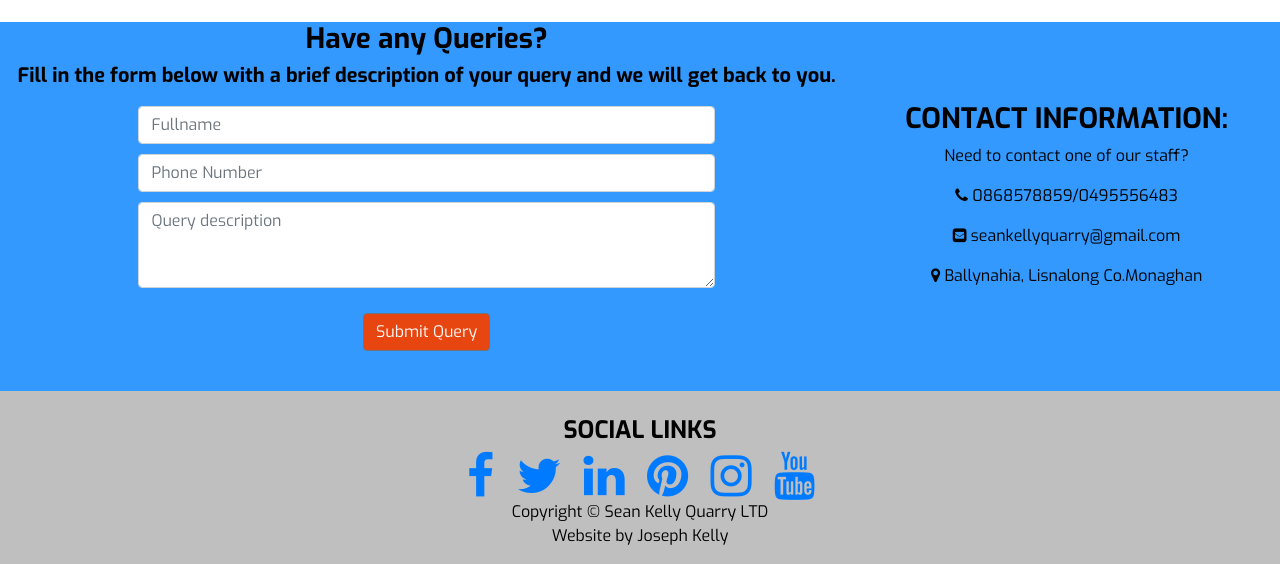
Repository: Code-Institute-Submissions/Sean-Kelly-Quarry
Page: contact.html
The author's editor kept a record of every edit. The page is drawn from the files as they stood at one moment, then again after the next edit.
The browser window is 1280 px wide. The pictures show the part of the page from y = 575 to 1139 px (the page is 1139 px tall).

Above is the page before.

### contact.html
<!DOCTYPE html>
<html lang="en">
<head>
    <meta charset="UTF-8">
    <meta name="viewport" content="width=device-width, initial-scale=1.0">
    <meta http-equiv="X-UA-Compatible" content="ie=edge">
    <link rel="stylesheet" href="https://stackpath.bootstrapcdn.com/bootstrap/4.4.1/css/bootstrap.min.css" type="text/css" />
    <link rel="stylesheet" href="https://stackpath.bootstrapcdn.com/font-awesome/4.7.0/css/font-awesome.min.css" type="text/css" />
    <link rel="stylesheet" href="assets/css/style.css" type="text/css" />
    <title>Sean Kelly Quarry</title>
</head>
<body>
    <header>                    <!-- inspired by love running mini project-->
        <a href="index.html">
            <h1 id="logo">Sean Kelly Quarry ltd</h1>
        </a>
        <section class="container-fluid">
            <nav>
                <ul id="menu">
                    <li>
                        <a class="active" href="contact.html">Contact</a>
                    </li>
                    <li>
                        <a href="product-list.html">Product List</a>
                    </li>
                    <li>
                        <a href="about.html">About Us</a>
                    </li>
                    <li>
                        <a href="index.html">Home</a>
                    </li>
                </ul>
            </nav>
        </section>
    </header>
         <section class="container-fluid">
             <div class="row mapouter">
                 <div class="col-sm gmap_canvas">
                     <iframe width="100%" height="400" id="gmap_canvas" src="https://maps.google.com/maps?q=h16%20vn88&t=&z=13&ie=UTF8&iwloc=&output=embed"></iframe>
                 </div>
             </div>
         </section>
         <section class="container-fluid">
             <div class="row contact-section">
                 <div class="col-sm-8">
                     <h3>Have any Queries?</h3>
                     <h5>Fill in the form below with a brief description of your query and we will get back to you.</h5>
                     <form class="form">
                           <input type="text" name="name" id="name" class="form-control input" placeholder="Fullname" required/>
                           <input type="number" name="number" id="phonenumber" class="form-control input" placeholder="Phone Number" required/>
                           <textarea type="textarea" rows="3" name="query" id="query" class="form-control input" placeholder="Query description"></textarea>
                           <div class="form-row text-center">
                               <div class="col">
                                   <button type="submit" class="btn btn-secondary">Submit Query</button>
                               </div>
                           </div>
                      </form>
                 </div>
                 <div class="col-sm-4">
                    <h3 class="uppercase contact-info">Contact information:</h3>
                    <p class="inline-block">
                        Need to contact one of our staff?
                    </p>
                    <p><i class="fa fa-phone"></i>  0868578859/0495556483</p>
                    <p><i class="fa fa-envelope-square"></i>  seankellyquarry@gmail.com</p>
                    <p><i class="fa fa-map-marker"></i>   Ballynahia, Lisnalong Co.Monaghan</p>
                 </div>
             </div>
         </section>
    <footer class="container-fluid">                         <!-- inspired by UCD resume mini project-->
        <div id="footer-details" class="row">
            <div class="col-sm">
                <h4 class="uppercase footer-info">Social Links</h4>
                <ul class="list-inline social-links">
                    <li class="list-inline-item">
                        <a target="_blank" href="#">
                            <i class="fa fa-facebook fa-3x" aria-hidden="true"></i>
                            <span class="sr-only">Facebook</span>
                        </a>
                    </li>
                    <li class="list-inline-item">
                        <a target="_blank" href="#">
                            <i class="fa fa-twitter fa-3x" aria-hidden="true"></i>
                            <span class="sr-only">Twitter</span>
                        </a>
                    </li>
                    <li class="list-inline-item">
                        <a target="_blank" href="#">
                            <i class="fa fa-linkedin fa-3x" aria-hidden="true"></i>
                            <span class="sr-only">LinkedIn</span>
                        </a>
                    </li>
                    <li class="list-inline-item">
                        <a target="_blank" href="#">
                            <i class="fa fa-pinterest fa-3x" aria-hidden="true"></i>
                            <span class="sr-only">pinterest</span>
                        </a>
                    </li>
                    <li class="list-inline-item">
                        <a target="_blank" href="#">
                            <i class="fa fa-instagram fa-3x" aria-hidden="true"></i>
                            <span class="sr-only">Instagram</span>
                        </a>
                    </li>
                    <li class="list-inline-item">
                        <a target="_blank" href="#">
                            <i class="fa fa-youtube fa-3x" aria-hidden="true"></i>
                            <span class="sr-only">Youtube</span>
                        </a>
                    </li>
                    <p class="copyright">Copyright &#169; Sean Kelly Quarry LTD</p>
                    <p>Website by Joseph Kelly</p>
                </ul>
            </div>
        </div>
    </footer>                                    <!-- inspired by UCD resume mini project-->
</body>
</html>

### assets/css/style.css
@import url('https://fonts.googleapis.com/css?family=Exo:100,200,300,400,500,600,700|Roboto:100,200,300,400,500,600,700&display=swap');

*{
    margin: 0;
    padding: 0;
    border: 0;
}

/* ---------------------------------------------header*/

body {
    font-family: "Exo";
    color: #777777;
}


#menu a:hover {
    border-bottom: 1px solid #777777;
}

.active {
    border-bottom: 1px solid #777777;
}

/* ---------------------------------------------hero image*/

@keyframes slideshow {
	10% {left: 0;}
	20% {left: 0;}
	30% {left: 0;}
	40% {left: -100%;}
	50% {left: -100%;}
	60% {left: -100%;}
	70% {left: -200%;}
	80% {left: -200%;}
	90% {left: -200%;}
	100% {left: -200%}
}


#slider{overflow:hidden;width:100%;margin:5px auto; border: 5px solid transparent;border-radius: 10px;}
#slider figure img{width:33.33%;height:700px;float:left;}
#slider figure{position:relative;width:300%;margin:0;left:0;text-align:left;animation:20s slideshow infinite}
@media screen and (max-width: 767px) {#slider {overflow: hidden; width: 100%; margin: 0 auto;}}

/* ---------------------------------------------about/meet*/

h3, h2, h4, h5 {
    font-family: "Exo", sans-serif;
    font-weight: bold;
    text-align: center;
    color: #000000;
}

.about {
    background-color: #3399ff;
    color: #000000;
    padding-top: 10px;
    text-align: center;
    overflow: hidden;
}

.about-info {
    margin-left: 15px;
    margin-right: 15px;
    padding-bottom: 10px;
}

.our-team {
    margin-top: 10px;
    padding-bottom: 20px;
}

.team {
   margin-top: 5px;
   margin-bottom: 5px;
   font-family: "Exo", sans-serif;
}

.team-border {
    overflow: hidden;
    border: outset 2px;
    border-radius: 200px;
    padding-left: 20px;
    padding-right: 20px;
}

.meet-icon {
    margin-top: 5px;
    margin-bottom: 5px;
}

.history {
    border: outset;
    border-radius: 100px;
    border-color: #000000;
}

.who-we-are {
    border: outset;
    border-radius: 100px;
    border-color: #000000;
}

.what-we-do {
    border: outset;
    border-radius: 100px;
    border-color: #000000;
}

.heading {
    padding-top: 10px;
}


/* ---------------------------------------------footer*/

footer {
    color: #000000;
    padding-top: 25px;
    background-color: #bfbfbf;
    display: inline-block;
}

.footer-info {
    font-weight: bold;
    text-align: center;
}

.list-inline-item {
    margin-left: 10px;
    margin-right: 10px;
}

.uppercase {
    text-transform: uppercase;
}

.social-links {
    text-align: center;
}

p {
    text-align: center;
    color: #000000;
}

.copyright {
    margin-bottom: 0;
}

/* ---------------------------------------------product list/order form*/

.table {
    width: 70%;
    margin-left: auto;
    margin-right: auto;
    margin-top: 20px;
    margin-bottom: 20px;
    background-color: #3399ff;
    color: #000000;
    border-collapse: collapse;
}

table, th, td {
  border: 1px solid black;
}

.product-heading {
    margin-top: 10px;
    color: #000000;
}

.product-note {
    font-size: large;
}

.product-disclaimer {
    color: #f88037;
    text-align: center;
    padding-bottom: 20px;
}

.order-form {
    font-family: "Exo", sans-serif;
    color: #000000;
    padding-top: 20px;
    display: block;
    text-align: center;
    background-color: #4d94ff;
}

/* ---------------------------------------------contact*/


.mapouter{
    position: relative;
    text-align: center;
    height: 400px;
    width: 100%;
    margin-top: 20px;
}

.gmap_canvas {
    overflow: hidden;
    background: none!important;
    height: 400px;
    width: 60%;
    margin-left: 20%;
    margin-right: 20%;
    border: outset;
    border-color: #3399ff;;
}

.contact-info {
    font-family: "Exo", sans-serif;
    color: #000000;
    text-align: center;
    margin-top: 80px;
}

button[type="submit"] {
    margin-top: 15px;
    margin-bottom: 20px;
    color: #fafafa;
    background-color: #e84610;
}


.form {
    display: inline-block;
    margin-left: 15%;
    margin-right: 15%;
    width: 70%;
}

.input {
    margin-top: 10px;
    margin-bottom: 10px;
}

.contact-section {
    margin-top: 25px;
    background-color: #3399ff;
    padding-bottom: 20px;
}

.contact {
    border: outset;
    border-radius: 200px;
    border-color: #000000;
}

.form-section {
    padding-top: 20px;
}

/* ---------------------------------------------media queries*/

@media(min-width: 992px) {
    .center-form {
        padding-top: 30px;
        min-height: 240px;
        margin: 0 auto;
        max-width: 50%;
    }
}

After the next edit:
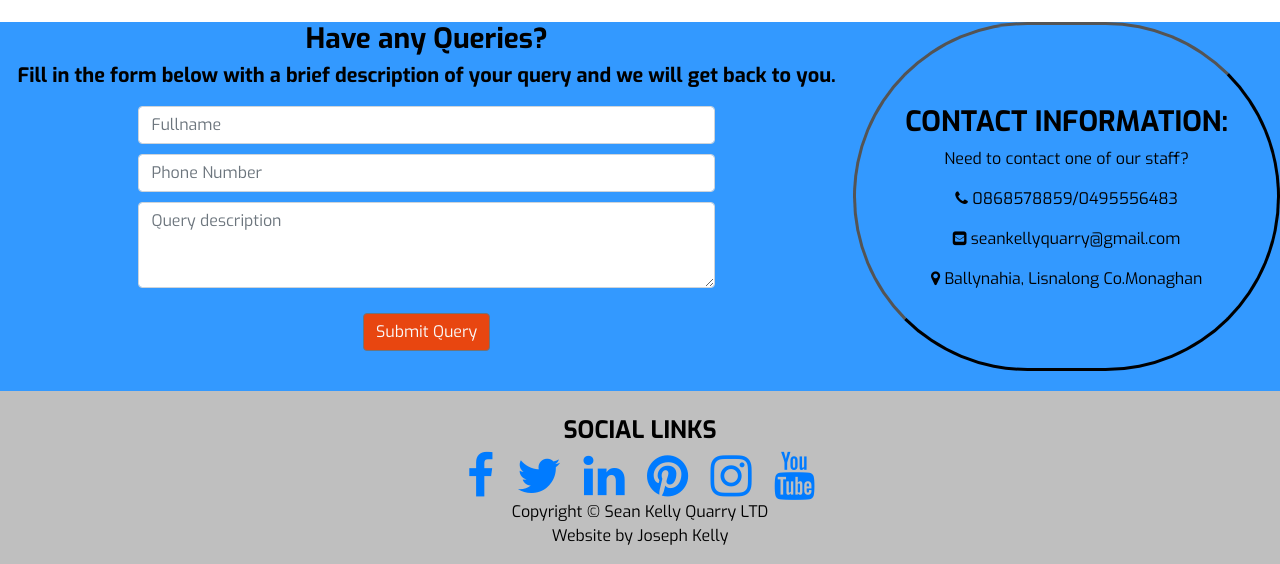
The edit:
--- a/contact.html
+++ b/contact.html
@@ -56,7 +56,7 @@
                            </div>
                       </form>
                  </div>
-                 <div class="col-sm-4">
+                 <div class="col-sm-4 contact">
                     <h3 class="uppercase contact-info">Contact information:</h3>
                     <p class="inline-block">
                         Need to contact one of our staff?
